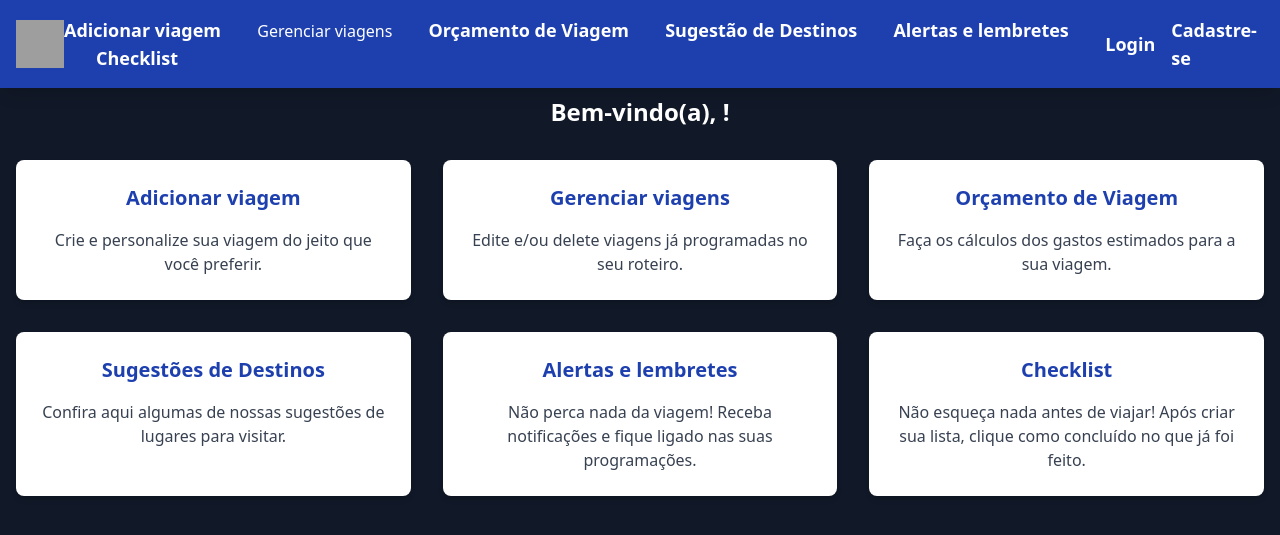
Repository: PedroFerraz87/NextStop
Page: Interface/templates/Interface/home.html
The author's editor kept a copy of each file at every save. The page is drawn from the files as they stood at one save, then again after a run of saves.
The browser window is 1280 px wide. The pictures show the whole page.
Pictures or frames that could not be fetched are drawn as grey boxes. Some web libraries are served in a nearby version. The template is drawn by Django 5.2. The application's start-up code is not run. The template is opened directly, without the code that normally fills it, so the values that code supplies are empty.

Above is the page before, as saved 2025-04-27 15:57:32.

After the next 2 saves:
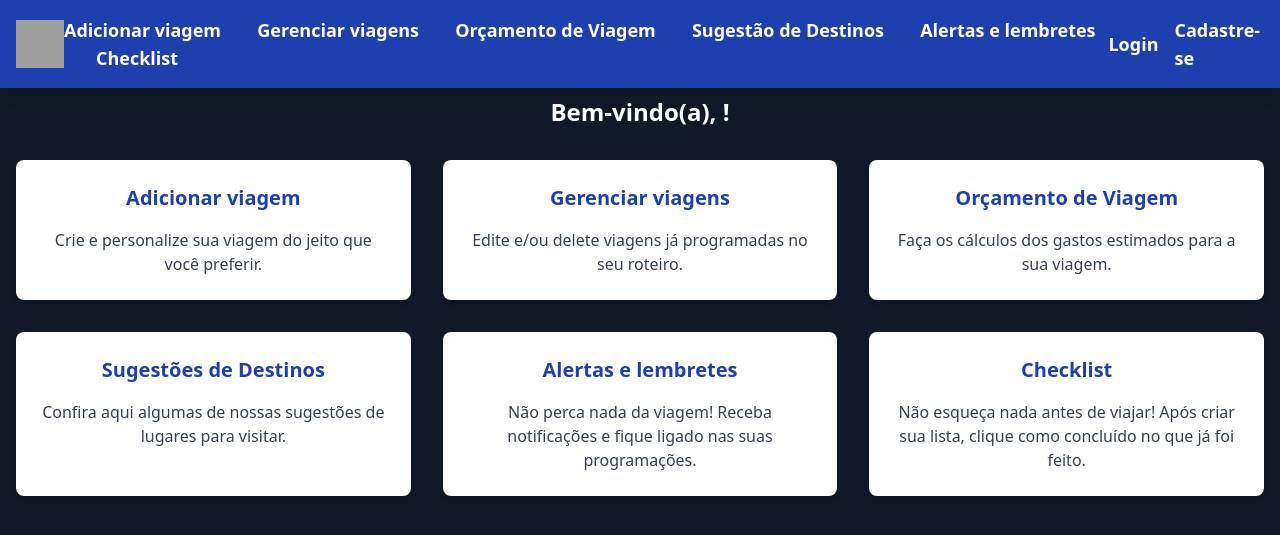
The 2 saves are shown as one change because they came seconds apart.
The last was saved 12 s later.
--- a/Interface/templates/Interface/home.html
+++ b/Interface/templates/Interface/home.html
@@ -12,7 +12,7 @@
         <img src="https://media.istockphoto.com/id/1414160809/pt/vetorial/airplane-icon-plane-flight-pictogram-transport-symbol-travel.jpg?s=612x612&w=0&k=20&c=YFAp5pnsR_fHynqYZ8d7nWjLDUtps7vaITIfYJBkmKY=" alt="Logo do Grupo" class="w-12 h-12">
         <nav class="space-x-8">
             <a href="{% url 'roteiro' %}" class="hover:text-blue-300 text-lg font-semibold">Adicionar viagem</a>
-            <a href= class="hover:text-blue-300 text-lg font-semibold">Gerenciar viagens</a>
+            <a href="{% url 'roteiro' %}" class="hover:text-blue-300 text-lg font-semibold">Gerenciar viagens</a>
             <a href="{% url 'orçamento' %}" class="hover:text-blue-300 text-lg font-semibold">Orçamento de Viagem</a>
             <a href="{% url 'sugestão' %}" class="hover:text-blue-300 text-lg font-semibold">Sugestão de Destinos</a>
             <a href="{% url 'lembretes' %}" class="hover:text-blue-300 text-lg font-semibold">Alertas e lembretes</a>
